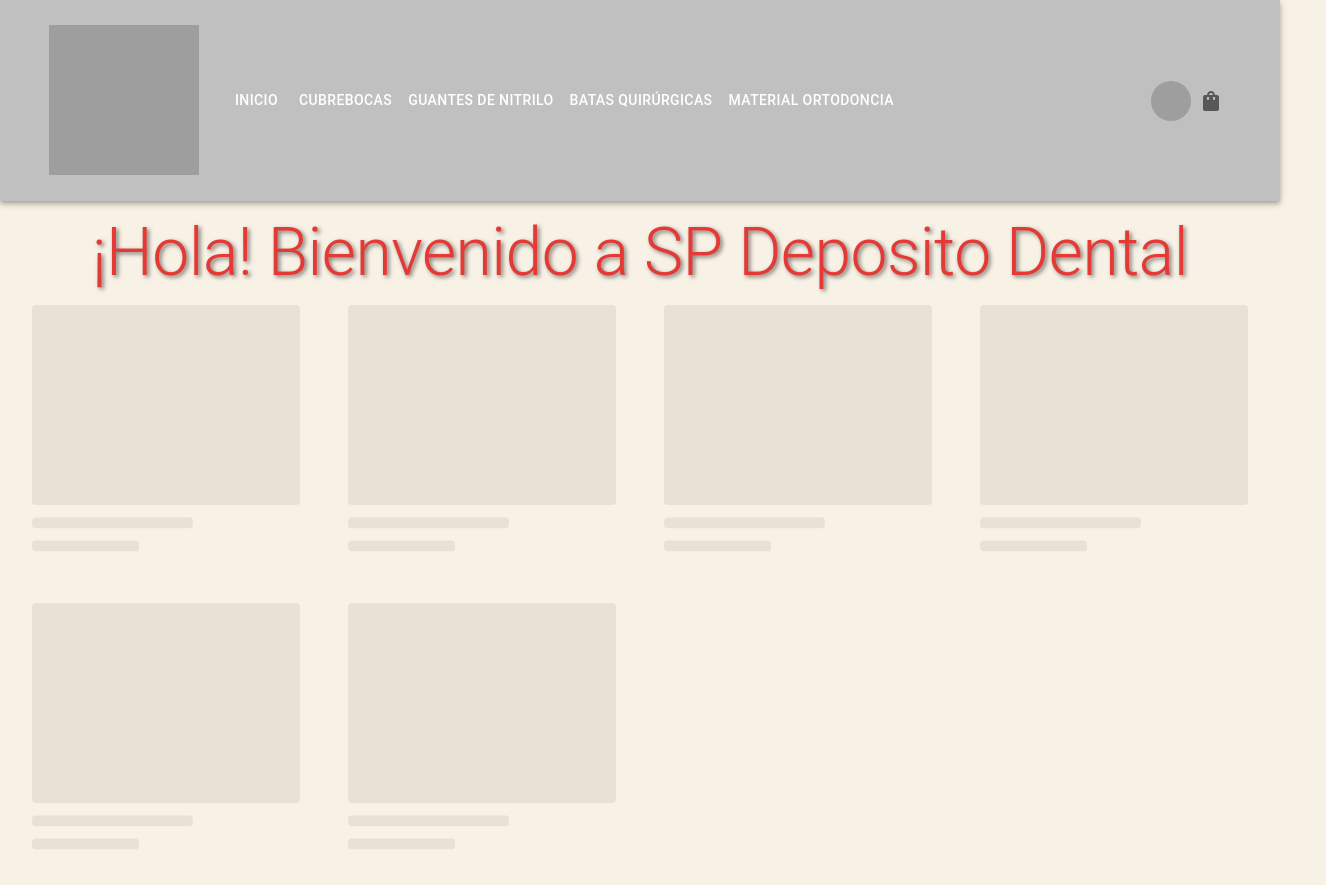
Repository: SebastianPineiro10/ecommerce-coderhouse
Page: /
The author's editor kept a copy of each file at every save. The page is drawn from the files as they stood at one save, then again after the next save.
The browser window is 1280 px wide. The page is 1326 px wide, so the pictures cover 1326 px, including what lies to the right of the window. The pictures show the whole page.
The pointer rests on the first visible `.welcome-title`.
Pictures or frames that could not be fetched are drawn as grey boxes. The page's requests for data from a server got no answer. The project was rebuilt for these pictures with package versions that can differ from the ones it lists, and the page was loaded fresh each time. No one was signed in, and anything a server would have sent is missing. Also part of the build but not shown: vite.config.js, src/components/common/card/productcard.css, src/components/common/card/ProductCard.jsx, src/components/pages/ItemListContainer/ItemList.jsx, src/components/pages/ItemDetail/ItemDetail.jsx, src/components/pages/ItemDetail/ItemDetailContainer.jsx, src/components/pages/cart/CartContainer.jsx, src/components/pages/checkout/Checkout.jsx and 1 more.

Above is the page before, as saved 2024-11-18 22:25:31.

After the next save:
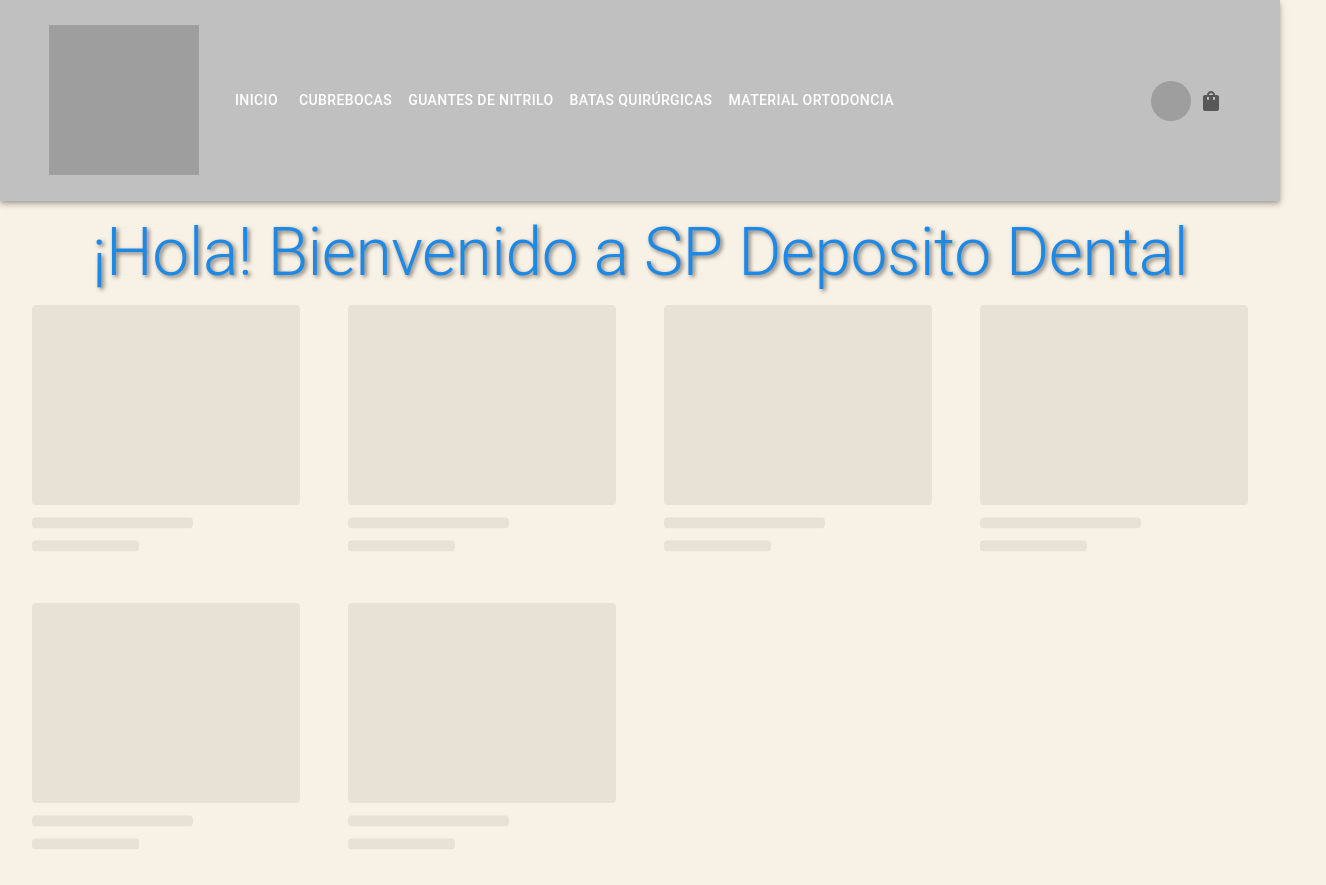
Saved 59 s later.
--- a/src/components/pages/ItemListContainer/ItemListContainer.css
+++ b/src/components/pages/ItemListContainer/ItemListContainer.css
@@ -15,6 +15,6 @@
   }
 
   .welcome-title:hover {
-    color: #e53935; /* Cambia a rojo al pasar el mouse */
+
     transform: scale(1.1); /* Agranda el texto al pasar el mouse */
   }
